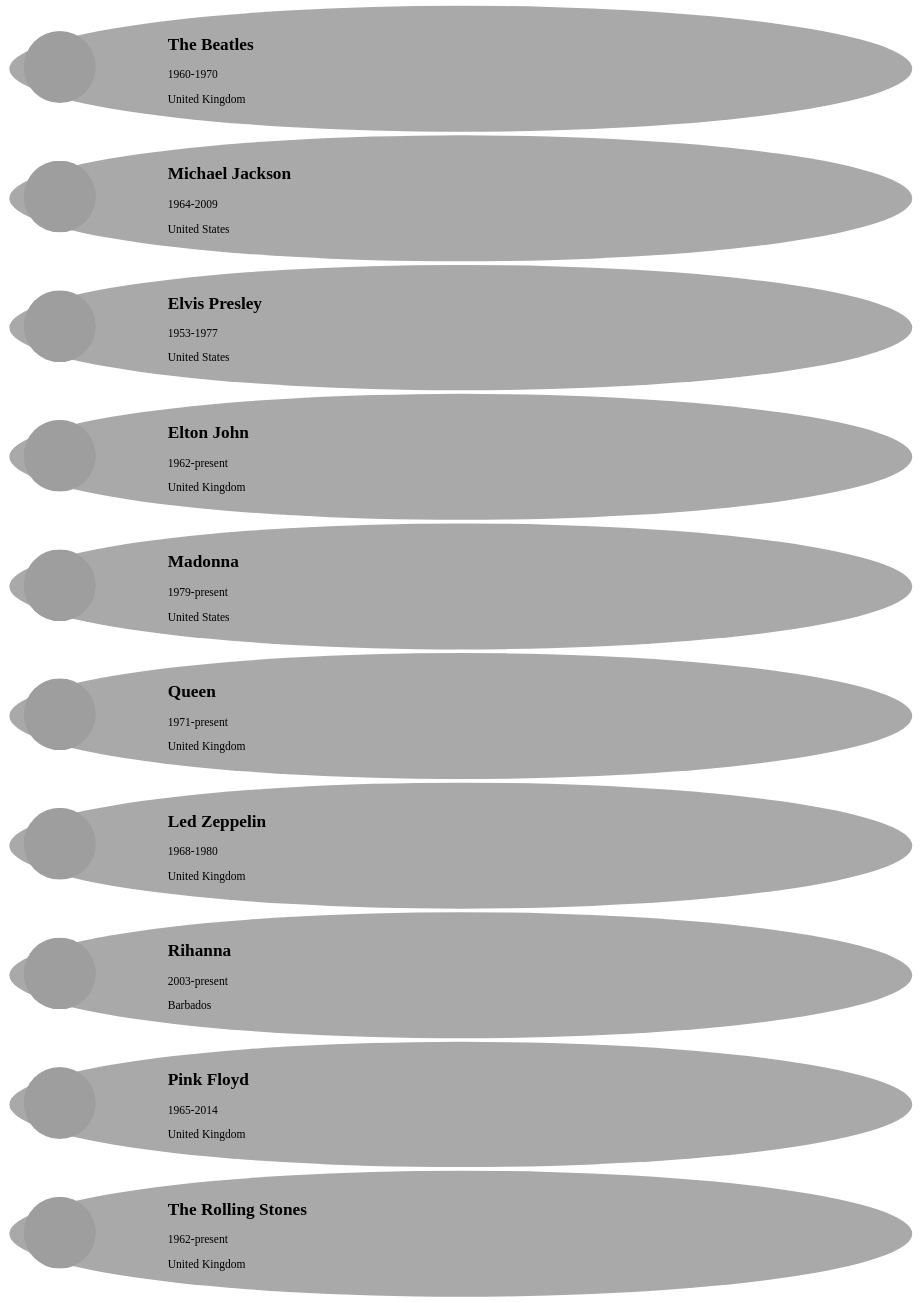
Repository: MelissaJacobi/Frontend-lab-2
Page: /
These files come from the project's save history. The page is drawn as it stood at one moment and after the next save; the edit follows.
The browser window is 1280 px wide. The pictures show the whole page, at 72% of full size.
Pictures or frames that could not be fetched are drawn as grey boxes. The project was rebuilt for these pictures with package versions that can differ from the ones it lists, and the page was loaded fresh each time. Also part of the build but not shown: vite.config.js.

Above is the page before, as saved 2024-09-19 14:04:21.

After the next save:
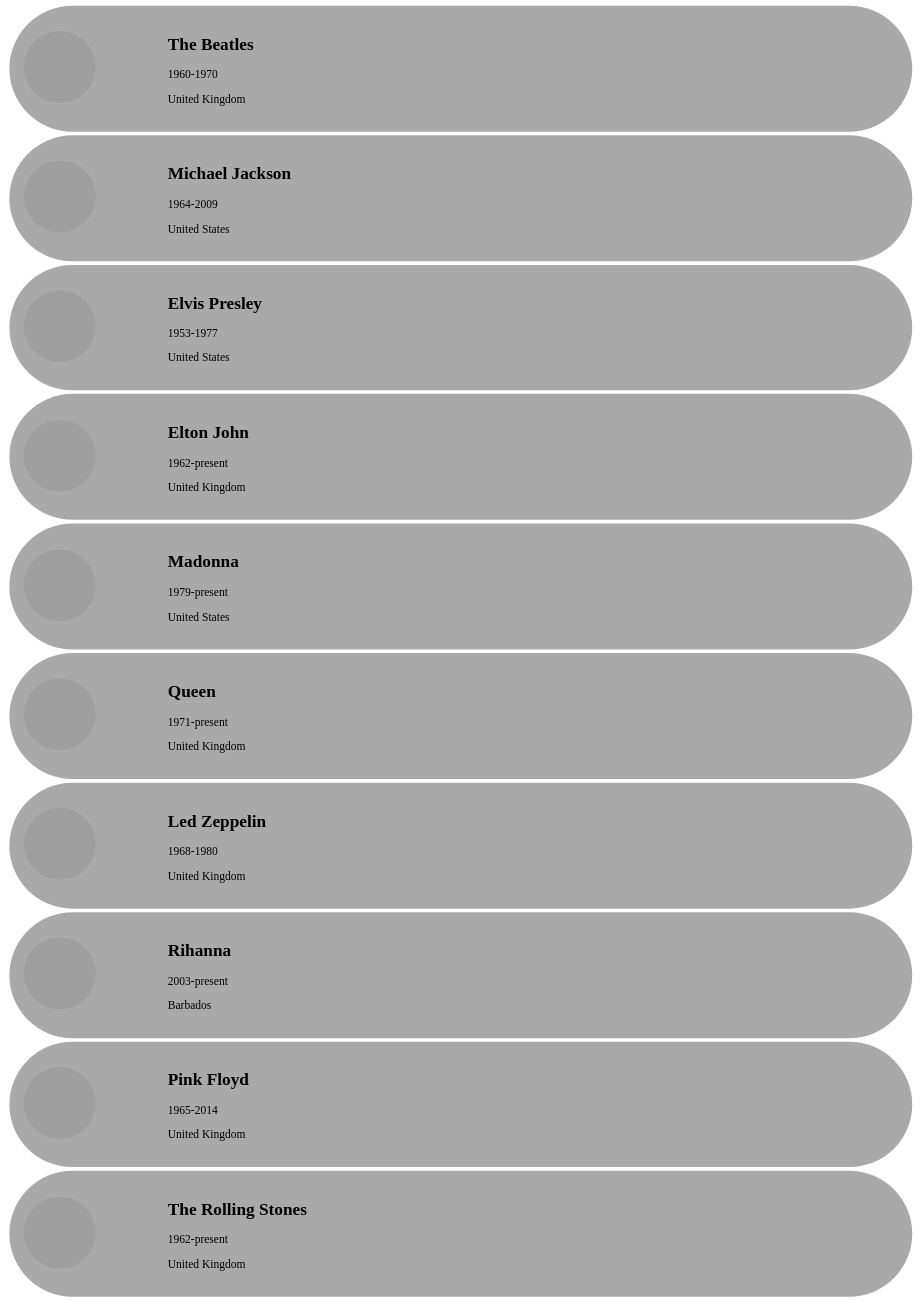
Saved 10 s later.
--- a/src/index.css
+++ b/src/index.css
@@ -15,7 +15,7 @@
     padding: 20px;
     display: flex;
     align-items: center;
-    border-radius: 50%;
+    border-radius: 100px;
 }
 
 .artist_li div {
